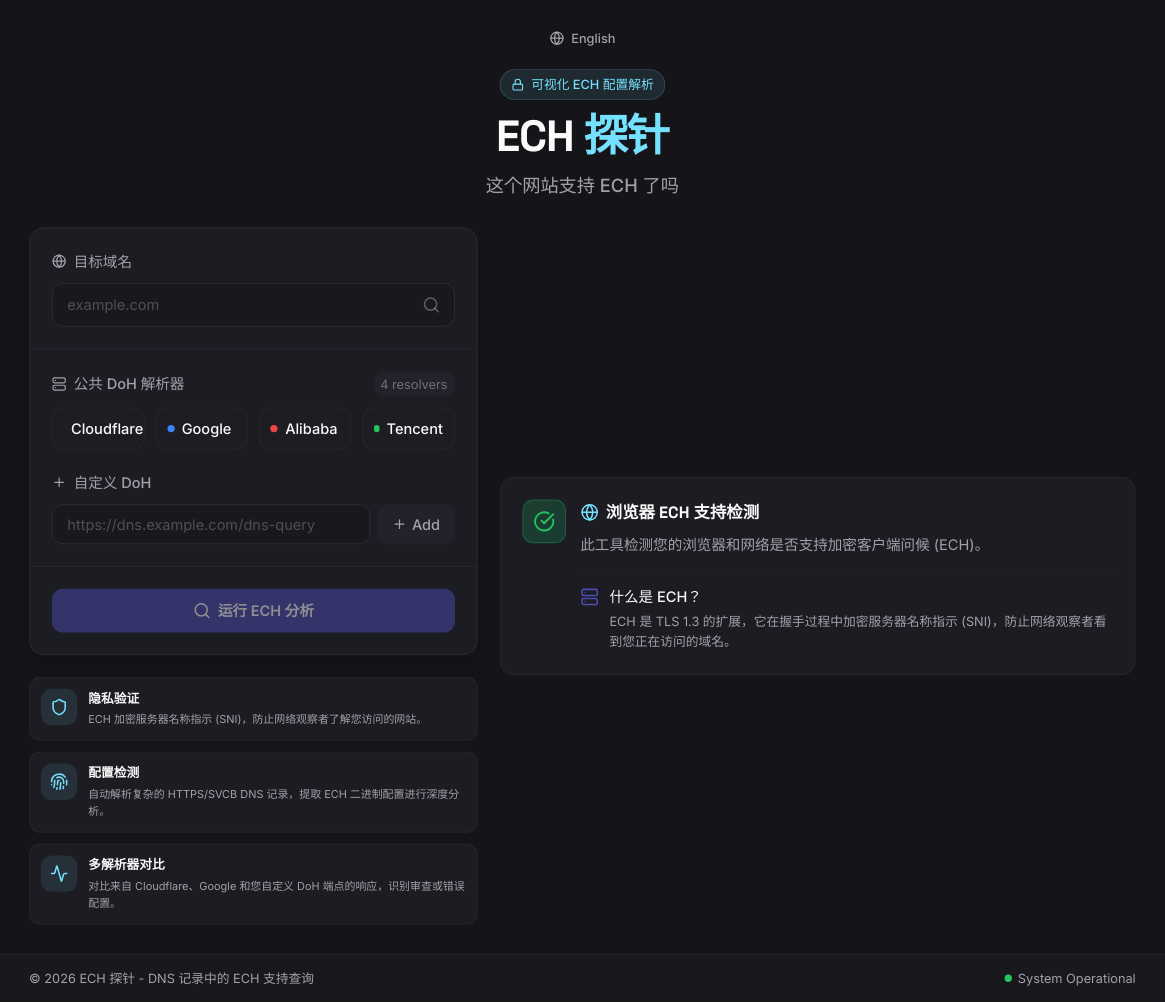
Repository: coolapijust/Ech-probe
Page: /
An editor plug-in stored every save of this project. The page is shown before and after the next save, followed by the edit.
The browser window is 1280 px wide. The pictures show the whole page, at 91% of full size.
The project was rebuilt for these pictures with package versions that can differ from the ones it lists, and the page was loaded fresh each time. The framework's server and built-in components were replaced by stand-ins that run in the browser. Also part of the build but not shown: next.config.mjs, src/components/ui/card.tsx, src/components/ui/table.tsx, src/components/ui/badge.tsx, src/components/ui/label.tsx, src/components/ECHProbe/ResultsDisplay.tsx.

Above is the page before, as saved 2026-03-13 19:47:52.

### src/app/layout.tsx

import type {Metadata} from 'next';
import './globals.css';
import { Toaster } from "@/components/ui/toaster";
import { LanguageProvider } from '@/context/LanguageContext';

export const metadata: Metadata = {
  title: 'ECH Probe | Secure DNS Analysis',
  description: 'Advanced ECHConfig detection and DNS analysis tool.',
};

export default function RootLayout({
  children,
}: Readonly<{
  children: React.ReactNode;
}>) {
  return (
    <html lang="en" className="dark">
      <head>
        <link rel="preconnect" href="https://fonts.googleapis.com" />
        <link rel="preconnect" href="https://fonts.gstatic.com" crossOrigin="anonymous" />
        <link href="https://fonts.googleapis.com/css2?family=Inter:wght@400;500;600&family=Space+Grotesk:wght@500;700&display=swap" rel="stylesheet" />
      </head>
      <body className="font-body antialiased bg-background text-foreground min-h-screen">
        <LanguageProvider>
          {children}
          <Toaster />
        </LanguageProvider>
      </body>
    </html>
  );
}

### src/app/globals.css

@tailwind base;
@tailwind components;
@tailwind utilities;

@layer base {
  :root {
    --background: 240 10% 9%; /* #15151A */
    --foreground: 0 0% 98%;
    --card: 240 10% 12%;
    --card-foreground: 0 0% 98%;
    --popover: 240 10% 9%;
    --popover-foreground: 0 0% 98%;
    --primary: 240 40% 50%; /* #4D4DB3 approx */
    --primary-foreground: 0 0% 100%;
    --secondary: 240 10% 15%;
    --secondary-foreground: 0 0% 98%;
    --muted: 240 10% 15%;
    --muted-foreground: 240 5% 65%;
    --accent: 193 100% 73%; /* #75E1FF */
    --accent-foreground: 240 10% 9%;
    --destructive: 0 62.8% 30.6%;
    --destructive-foreground: 0 0% 98%;
    --border: 240 10% 20%;
    --input: 240 10% 20%;
    --ring: 193 100% 73%;
    --radius: 0.75rem;
  }
}

@layer base {
  * {
    @apply border-border;
  }
  body {
    @apply bg-background text-foreground font-body;
  }
  h1, h2, h3, h4, h5, h6 {
    @apply font-headline;
  }
}

### src/components/ui/toaster.tsx
"use client"

import { useToast } from "@/hooks/use-toast"
import {
  Toast,
  ToastClose,
  ToastDescription,
  ToastProvider,
  ToastTitle,
  ToastViewport,
} from "@/components/ui/toast"

export function Toaster() {
  const { toasts } = useToast()

  return (
    <ToastProvider>
      {toasts.map(function ({ id, title, description, action, ...props }) {
        return (
          <Toast key={id} {...props}>
            <div className="grid gap-1">
              {title && <ToastTitle>{title}</ToastTitle>}
              {description && (
                <ToastDescription>{description}</ToastDescription>
              )}
            </div>
            {action}
            <ToastClose />
          </Toast>
        )
      })}
      <ToastViewport />
    </ToastProvider>
  )
}

### src/context/LanguageContext.tsx

'use client';

import React, { createContext, useContext, useState, ReactNode } from 'react';
import { translations, Language } from '@/lib/i18n';

interface LanguageContextType {
  language: Language;
  setLanguage: (lang: Language) => void;
  t: any;
}

const LanguageContext = createContext<LanguageContextType | undefined>(undefined);

export function LanguageProvider({ children }: { children: ReactNode }) {
  const [language, setLanguage] = useState<Language>('cn'); // 默认中文

  const t = translations[language];

  return (
    <LanguageContext.Provider value={{ language, setLanguage, t }}>
      {children}
    </LanguageContext.Provider>
  );
}

export function useLanguage() {
  const context = useContext(LanguageContext);
  if (context === undefined) {
    throw new Error('useLanguage must be used within a LanguageProvider');
  }
  return context;
}

### src/components/ECHProbe/DomainForm.tsx
'use client';

import { useState } from 'react';
import { useLanguage } from '@/context/LanguageContext';
import { Globe, Plus, X, Server, Search, Loader2 } from 'lucide-react';

interface DomainFormProps {
  onAnalyze: (domain: string, resolvers: string[], customResolvers: string[]) => void;
  isLoading: boolean;
}

const PRESET_RESOLVERS = [
  { name: 'Cloudflare', color: 'bg-orange-500' },
  { name: 'Google', color: 'bg-blue-500' },
  { name: 'Alibaba', color: 'bg-red-500' },
  { name: 'Tencent', color: 'bg-green-500' },
];

export function DomainForm({ onAnalyze, isLoading }: DomainFormProps) {
  const { t } = useLanguage();
  const [domain, setDomain] = useState('');
  const [customUrl, setCustomUrl] = useState('');
  const [customResolvers, setCustomResolvers] = useState<string[]>([]);

  const handleAddCustom = () => {
    if (customUrl && !customResolvers.includes(customUrl)) {
      try {
        new URL(customUrl);
        setCustomResolvers((prev) => [...prev, customUrl]);
        setCustomUrl('');
      } catch (e) {
        console.error('Invalid URL');
      }
    }
  };

  const handleRemoveCustom = (url: string) => {
    setCustomResolvers((prev) => prev.filter((r) => r !== url));
  };

  const handleSubmit = () => {
    if (domain && domain.trim()) {
      onAnalyze(domain.trim(), PRESET_RESOLVERS.map(r => r.name), customResolvers);
    }
  };

  return (
    <div className="bg-card rounded-2xl border shadow-xl overflow-hidden">
      {/* 域名输入区域 */}
      <div className="p-6 border-b border-border/50">
        <label className="flex items-center gap-2 text-base font-medium text-muted-foreground mb-3">
          <Globe className="w-4 h-4" />
          {t.targetDomain}
        </label>
        <div className="relative">
          <input
            type="text"
            placeholder={t.domainPlaceholder || 'example.com'}
            value={domain}
            onChange={(e) => setDomain(e.target.value)}
            onKeyDown={(e) => e.key === 'Enter' && !isLoading && domain && handleSubmit()}
            className="w-full h-12 pl-4 pr-12 text-base bg-background/50 border border-border rounded-xl text-foreground placeholder:text-muted-foreground/40 focus:outline-none focus:ring-2 focus:ring-primary/50 focus:border-primary/50 transition-all"
          />
          <Search className="absolute right-4 top-1/2 -translate-y-1/2 w-5 h-5 text-muted-foreground/50" />
        </div>
      </div>

      {/* 解析器配置区域 */}
      <div className="p-6 space-y-6">
        {/* 公共解析器 */}
        <div>
          <div className="flex items-center justify-between mb-3">
            <label className="flex items-center gap-2 text-base font-medium text-muted-foreground">
              <Server className="w-4 h-4" />
              {t.publicResolvers}
            </label>
            <span className="text-sm text-muted-foreground/60 bg-muted px-2 py-1 rounded-full">
              4 resolvers
            </span>
          </div>
          <div className="grid grid-cols-2 md:grid-cols-4 gap-3">
            {PRESET_RESOLVERS.map((res) => (
              <div
                key={res.name}
                className="flex items-center gap-2 px-3 py-2.5 rounded-lg border border-border/50 bg-muted/30"
              >
                <span className={`w-2 h-2 rounded-full ${res.color}`} />
                <span className="text-base font-medium">{res.name}</span>
              </div>
            ))}
          </div>
        </div>

        {/* 自定义解析器 */}
        <div>
          <label className="flex items-center gap-2 text-base font-medium text-muted-foreground mb-3">
            <Plus className="w-4 h-4" />
            {t.customResolvers}
          </label>
          <div className="flex gap-2">
            <input
              type="text"
              placeholder="https://dns.example.com/dns-query"
              value={customUrl}
              onChange={(e) => setCustomUrl(e.target.value)}
              onKeyDown={(e) => e.key === 'Enter' && handleAddCustom()}
              className="flex-1 h-11 px-4 text-base bg-background/50 border border-border rounded-xl text-foreground placeholder:text-muted-foreground/40 focus:outline-none focus:ring-2 focus:ring-primary/50 focus:border-primary/50 transition-all"
            />
            <button
              type="button"
              onClick={handleAddCustom}
              disabled={!customUrl}
              className="h-11 px-4 bg-primary hover:bg-primary/90 disabled:bg-muted disabled:text-muted-foreground rounded-xl text-primary-foreground font-medium transition-colors disabled:cursor-not-allowed flex items-center gap-1.5"
            >
              <Plus className="w-4 h-4" />
              <span className="text-base">Add</span>
            </button>
          </div>

          {/* 已添加的自定义解析器 */}
          {customResolvers.length > 0 && (
            <div className="flex flex-wrap gap-2 mt-3">
              {customResolvers.map((url) => (
                <span
                  key={url}
                  className="inline-flex items-center gap-1.5 px-3 py-1.5 bg-accent/5 border border-accent/20 rounded-lg text-base"
                >
                  <span className="max-w-[180px] truncate text-muted-foreground">
                    {new URL(url).hostname}
                  </span>
                  <button
                    type="button"
                    onClick={() => handleRemoveCustom(url)}
                    className="text-muted-foreground hover:text-destructive transition-colors p-0.5 hover:bg-destructive/10 rounded"
                  >
                    <X className="w-4 h-4" />
                  </button>
                </span>
              ))}
            </div>
          )}
        </div>
      </div>

      {/* 提交按钮 */}
      <div className="p-6 border-t border-border/50 bg-muted/20">
        <button
          type="button"
          onClick={handleSubmit}
          disabled={isLoading || !domain}
          className="w-full h-12 text-base font-semibold bg-primary hover:bg-primary/90 disabled:opacity-50 disabled:cursor-not-allowed text-primary-foreground rounded-xl transition-all flex items-center justify-center gap-2"
        >
          {isLoading ? (
            <>
              <Loader2 className="w-5 h-5 animate-spin" />
              {t.executing}
            </>
          ) : (
            <>
              <Search className="w-5 h-5" />
              {t.runAnalysis}
            </>
          )}
        </button>
      </div>
    </div>
  );
}

### src/app/actions/dns.ts
'use server';

import { parseECHFromHttpsRecord } from '@/lib/dns-parser';
import { queryDoH } from '@/lib/doh-query';

import { ECHConfigDetail } from '@/lib/dns-parser';

export type ResolverResult = {
  resolverName: string;
  echConfigDetected: boolean;
  echConfigDetails: ECHConfigDetail | null;
  errorMessage: string | null;
  rawResponse?: string;
};

const PRESET_RESOLVERS = [
  { name: 'Cloudflare', url: 'https://cloudflare-dns.com/dns-query' },
  { name: 'Google', url: 'https://dns.google/resolve' },
  { name: 'Alibaba', url: 'https://dns.alidns.com/resolve' },
  { name: 'Tencent', url: 'https://doh.pub/dns-query' },
];

export async function performECHAnalysis(
  domain: string,
  selectedResolvers: string[],
  customResolvers: string[] = []
): Promise<ResolverResult[]> {
  const resolversToQuery = PRESET_RESOLVERS.filter(r => selectedResolvers.includes(r.name));

  const dohPromises = resolversToQuery.map(async (res) => {
    try {
      const records = await queryDoH(domain, res.url);
      const echDetails = records.map(parseECHFromHttpsRecord).find(d => d !== null) || null;
      return {
        resolverName: res.name,
        echConfigDetected: !!echDetails,
        echConfigDetails: echDetails,
        errorMessage: null,
        rawResponse: records.join('\n')
      };
    } catch (err: any) {
      let errorMsg = err.message || 'Unknown error';
      if (err.name === 'AbortError') {
        errorMsg = 'Request timeout';
      }
      return {
        resolverName: res.name,
        echConfigDetected: false,
        echConfigDetails: null,
        errorMessage: errorMsg
      };
    }
  });

  const customPromises = customResolvers.map(async (url) => {
    try {
      const records = await queryDoH(domain, url);
      const echDetails = records.map(parseECHFromHttpsRecord).find(d => d !== null) || null;
      return {
        resolverName: `Custom (${new URL(url).hostname})`,
        echConfigDetected: !!echDetails,
        echConfigDetails: echDetails,
        errorMessage: null,
        rawResponse: records.join('\n')
      };
    } catch (err: any) {
      let errorMsg = err.message || 'Unknown error';
      if (err.name === 'AbortError') {
        errorMsg = 'Request timeout';
      }
      return {
        resolverName: 'Custom Resolver',
        echConfigDetected: false,
        echConfigDetails: null,
        errorMessage: errorMsg
      };
    }
  });

  const allResults = await Promise.all([...dohPromises, ...customPromises]);
  return allResults;
}

### src/components/LanguageSwitcher.tsx

'use client';

import { useLanguage } from '@/context/LanguageContext';
import { Button } from '@/components/ui/button';
import { Globe } from 'lucide-react';

export function LanguageSwitcher() {
  const { language, setLanguage } = useLanguage();

  return (
    <Button
      variant="ghost"
      size="sm"
      onClick={() => setLanguage(language === 'en' ? 'cn' : 'en')}
      className="flex items-center gap-2 text-muted-foreground hover:text-accent"
    >
      <Globe className="w-4 h-4" />
      {language === 'en' ? '中文' : 'English'}
    </Button>
  );
}

### src/components/ui/button.tsx
import * as React from "react"
import { Slot } from "@radix-ui/react-slot"
import { cva, type VariantProps } from "class-variance-authority"

import { cn } from "@/lib/utils"

const buttonVariants = cva(
  "inline-flex items-center justify-center gap-2 whitespace-nowrap rounded-md text-sm font-medium ring-offset-background transition-colors focus-visible:outline-none focus-visible:ring-2 focus-visible:ring-ring focus-visible:ring-offset-2 disabled:pointer-events-none disabled:opacity-50 [&_svg]:pointer-events-none [&_svg]:size-4 [&_svg]:shrink-0",
  {
    variants: {
      variant: {
        default: "bg-primary text-primary-foreground hover:bg-primary/90",
        destructive:
          "bg-destructive text-destructive-foreground hover:bg-destructive/90",
        outline:
          "border border-input bg-background hover:bg-accent hover:text-accent-foreground",
        secondary:
          "bg-secondary text-secondary-foreground hover:bg-secondary/80",
        ghost: "hover:bg-accent hover:text-accent-foreground",
        link: "text-primary underline-offset-4 hover:underline",
      },
      size: {
        default: "h-10 px-4 py-2",
        sm: "h-9 rounded-md px-3",
        lg: "h-11 rounded-md px-8",
        icon: "h-10 w-10",
      },
    },
    defaultVariants: {
      variant: "default",
      size: "default",
    },
  }
)

export interface ButtonProps
  extends React.ButtonHTMLAttributes<HTMLButtonElement>,
    VariantProps<typeof buttonVariants> {
  asChild?: boolean
}

const Button = React.forwardRef<HTMLButtonElement, ButtonProps>(
  ({ className, variant, size, asChild = false, ...props }, ref) => {
    const Comp = asChild ? Slot : "button"
    return (
      <Comp
        className={cn(buttonVariants({ variant, size, className }))}
        ref={ref}
        {...props}
      />
    )
  }
)
Button.displayName = "Button"

export { Button, buttonVariants }

Loaded but not shown: src/hooks/use-toast.ts (common file); src/lib/utils.ts (common file); src/lib/dns-parser.ts (369 lines, source omitted); src/app/page.tsx (156 lines, source omitted); src/lib/doh-query.ts (202 lines, source omitted); src/components/ui/toast.tsx (129 lines, source omitted); src/lib/i18n.ts (99 lines, source omitted); tailwind.config.ts (100 lines, source omitted)

After the next save:
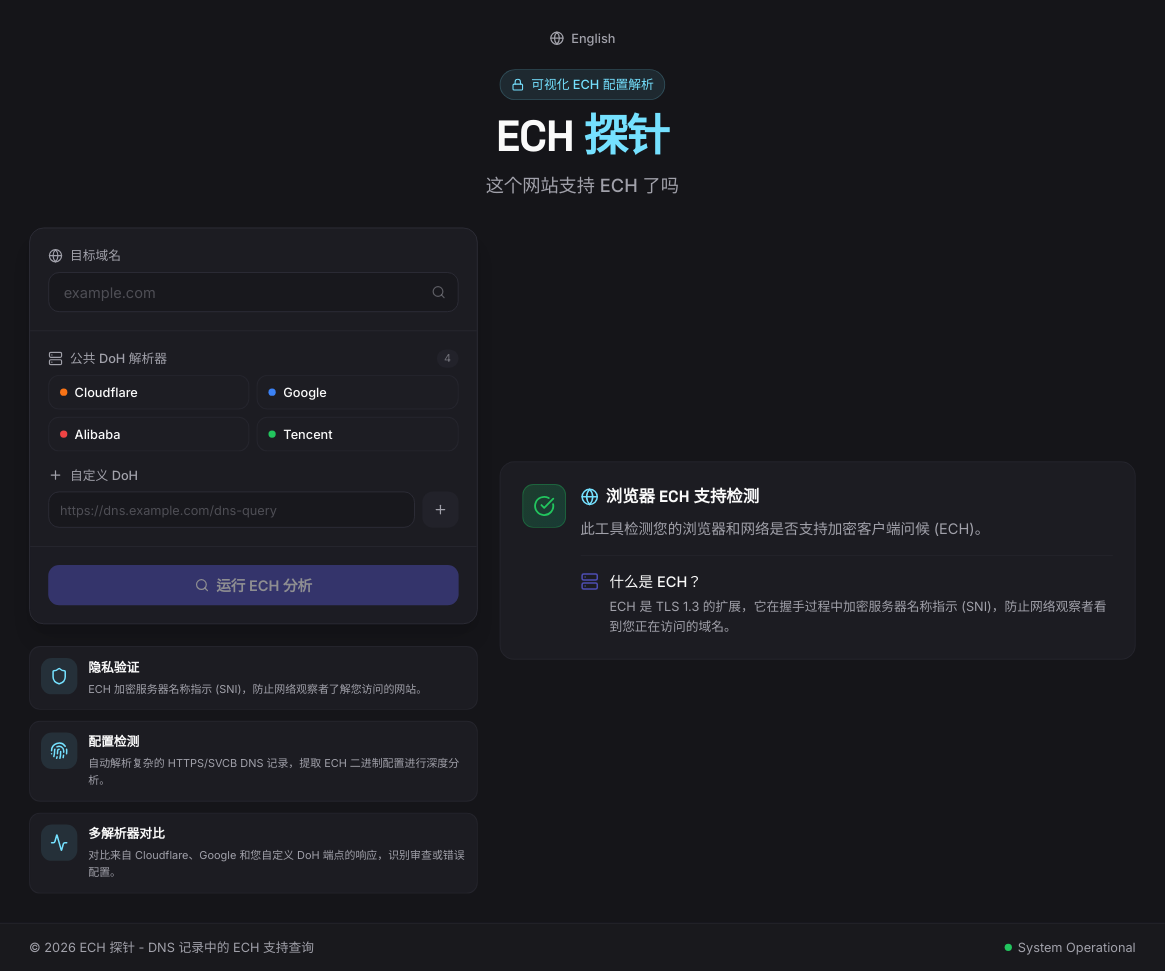
Saved 40 s later.
--- a/src/components/ECHProbe/DomainForm.tsx
+++ b/src/components/ECHProbe/DomainForm.tsx
@@ -47,8 +47,8 @@ export function DomainForm({ onAnalyze, isLoading }: DomainFormProps) {
   return (
     <div className="bg-card rounded-2xl border shadow-xl overflow-hidden">
       {/* 域名输入区域 */}
-      <div className="p-6 border-b border-border/50">
-        <label className="flex items-center gap-2 text-base font-medium text-muted-foreground mb-3">
+      <div className="p-5 border-b border-border/50">
+        <label className="flex items-center gap-2 text-sm font-medium text-muted-foreground mb-2">
           <Globe className="w-4 h-4" />
           {t.targetDomain}
         </label>
@@ -59,33 +59,33 @@ export function DomainForm({ onAnalyze, isLoading }: DomainFormProps) {
             value={domain}
             onChange={(e) => setDomain(e.target.value)}
             onKeyDown={(e) => e.key === 'Enter' && !isLoading && domain && handleSubmit()}
-            className="w-full h-12 pl-4 pr-12 text-base bg-background/50 border border-border rounded-xl text-foreground placeholder:text-muted-foreground/40 focus:outline-none focus:ring-2 focus:ring-primary/50 focus:border-primary/50 transition-all"
+            className="w-full h-11 pl-4 pr-11 text-base bg-background/50 border border-border rounded-lg text-foreground placeholder:text-muted-foreground/40 focus:outline-none focus:ring-2 focus:ring-primary/50 focus:border-primary/50 transition-all"
           />
-          <Search className="absolute right-4 top-1/2 -translate-y-1/2 w-5 h-5 text-muted-foreground/50" />
+          <Search className="absolute right-3.5 top-1/2 -translate-y-1/2 w-4 h-4 text-muted-foreground/50" />
         </div>
       </div>
 
       {/* 解析器配置区域 */}
-      <div className="p-6 space-y-6">
+      <div className="p-5 space-y-4">
         {/* 公共解析器 */}
         <div>
-          <div className="flex items-center justify-between mb-3">
-            <label className="flex items-center gap-2 text-base font-medium text-muted-foreground">
+          <div className="flex items-center justify-between mb-2">
+            <label className="flex items-center gap-2 text-sm font-medium text-muted-foreground">
               <Server className="w-4 h-4" />
               {t.publicResolvers}
             </label>
-            <span className="text-sm text-muted-foreground/60 bg-muted px-2 py-1 rounded-full">
-              4 resolvers
+            <span className="text-xs text-muted-foreground/60 bg-muted px-2 py-0.5 rounded-full">
+              4
             </span>
           </div>
-          <div className="grid grid-cols-2 md:grid-cols-4 gap-3">
+          <div className="grid grid-cols-2 gap-2">
             {PRESET_RESOLVERS.map((res) => (
               <div
                 key={res.name}
-                className="flex items-center gap-2 px-3 py-2.5 rounded-lg border border-border/50 bg-muted/30"
+                className="flex items-center gap-2 px-3 py-2 rounded-lg border border-border/50 bg-muted/30"
               >
                 <span className={`w-2 h-2 rounded-full ${res.color}`} />
-                <span className="text-base font-medium">{res.name}</span>
+                <span className="text-sm font-medium">{res.name}</span>
               </div>
             ))}
           </div>
@@ -93,7 +93,7 @@ export function DomainForm({ onAnalyze, isLoading }: DomainFormProps) {
 
         {/* 自定义解析器 */}
         <div>
-          <label className="flex items-center gap-2 text-base font-medium text-muted-foreground mb-3">
+          <label className="flex items-center gap-2 text-sm font-medium text-muted-foreground mb-2">
             <Plus className="w-4 h-4" />
             {t.customResolvers}
           </label>
@@ -104,16 +104,15 @@ export function DomainForm({ onAnalyze, isLoading }: DomainFormProps) {
               value={customUrl}
               onChange={(e) => setCustomUrl(e.target.value)}
               onKeyDown={(e) => e.key === 'Enter' && handleAddCustom()}
-              className="flex-1 h-11 px-4 text-base bg-background/50 border border-border rounded-xl text-foreground placeholder:text-muted-foreground/40 focus:outline-none focus:ring-2 focus:ring-primary/50 focus:border-primary/50 transition-all"
+              className="flex-1 h-10 px-3 text-sm bg-background/50 border border-border rounded-lg text-foreground placeholder:text-muted-foreground/40 focus:outline-none focus:ring-2 focus:ring-primary/50 focus:border-primary/50 transition-all"
             />
             <button
               type="button"
               onClick={handleAddCustom}
               disabled={!customUrl}
-              className="h-11 px-4 bg-primary hover:bg-primary/90 disabled:bg-muted disabled:text-muted-foreground rounded-xl text-primary-foreground font-medium transition-colors disabled:cursor-not-allowed flex items-center gap-1.5"
+              className="h-10 px-3 bg-primary hover:bg-primary/90 disabled:bg-muted disabled:text-muted-foreground rounded-lg text-primary-foreground font-medium transition-colors disabled:cursor-not-allowed flex items-center gap-1"
             >
               <Plus className="w-4 h-4" />
-              <span className="text-base">Add</span>
             </button>
           </div>
 
@@ -123,17 +122,17 @@ export function DomainForm({ onAnalyze, isLoading }: DomainFormProps) {
               {customResolvers.map((url) => (
                 <span
                   key={url}
-                  className="inline-flex items-center gap-1.5 px-3 py-1.5 bg-accent/5 border border-accent/20 rounded-lg text-base"
+                  className="inline-flex items-center gap-1.5 px-2.5 py-1.5 bg-accent/5 border border-accent/20 rounded-lg text-sm"
                 >
-                  <span className="max-w-[180px] truncate text-muted-foreground">
+                  <span className="max-w-[150px] truncate text-muted-foreground">
                     {new URL(url).hostname}
                   </span>
                   <button
                     type="button"
                     onClick={() => handleRemoveCustom(url)}
-                    className="text-muted-foreground hover:text-destructive transition-colors p-0.5 hover:bg-destructive/10 rounded"
+                    className="text-muted-foreground hover:text-destructive transition-colors"
                   >
-                    <X className="w-4 h-4" />
+                    <X className="w-3.5 h-3.5" />
                   </button>
                 </span>
               ))}
@@ -143,21 +142,21 @@ export function DomainForm({ onAnalyze, isLoading }: DomainFormProps) {
       </div>
 
       {/* 提交按钮 */}
-      <div className="p-6 border-t border-border/50 bg-muted/20">
+      <div className="p-5 border-t border-border/50 bg-muted/20">
         <button
           type="button"
           onClick={handleSubmit}
           disabled={isLoading || !domain}
-          className="w-full h-12 text-base font-semibold bg-primary hover:bg-primary/90 disabled:opacity-50 disabled:cursor-not-allowed text-primary-foreground rounded-xl transition-all flex items-center justify-center gap-2"
+          className="w-full h-11 text-base font-semibold bg-primary hover:bg-primary/90 disabled:opacity-50 disabled:cursor-not-allowed text-primary-foreground rounded-lg transition-all flex items-center justify-center gap-2"
         >
           {isLoading ? (
             <>
-              <Loader2 className="w-5 h-5 animate-spin" />
+              <Loader2 className="w-4 h-4 animate-spin" />
               {t.executing}
             </>
           ) : (
             <>
-              <Search className="w-5 h-5" />
+              <Search className="w-4 h-4" />
               {t.runAnalysis}
             </>
           )}
